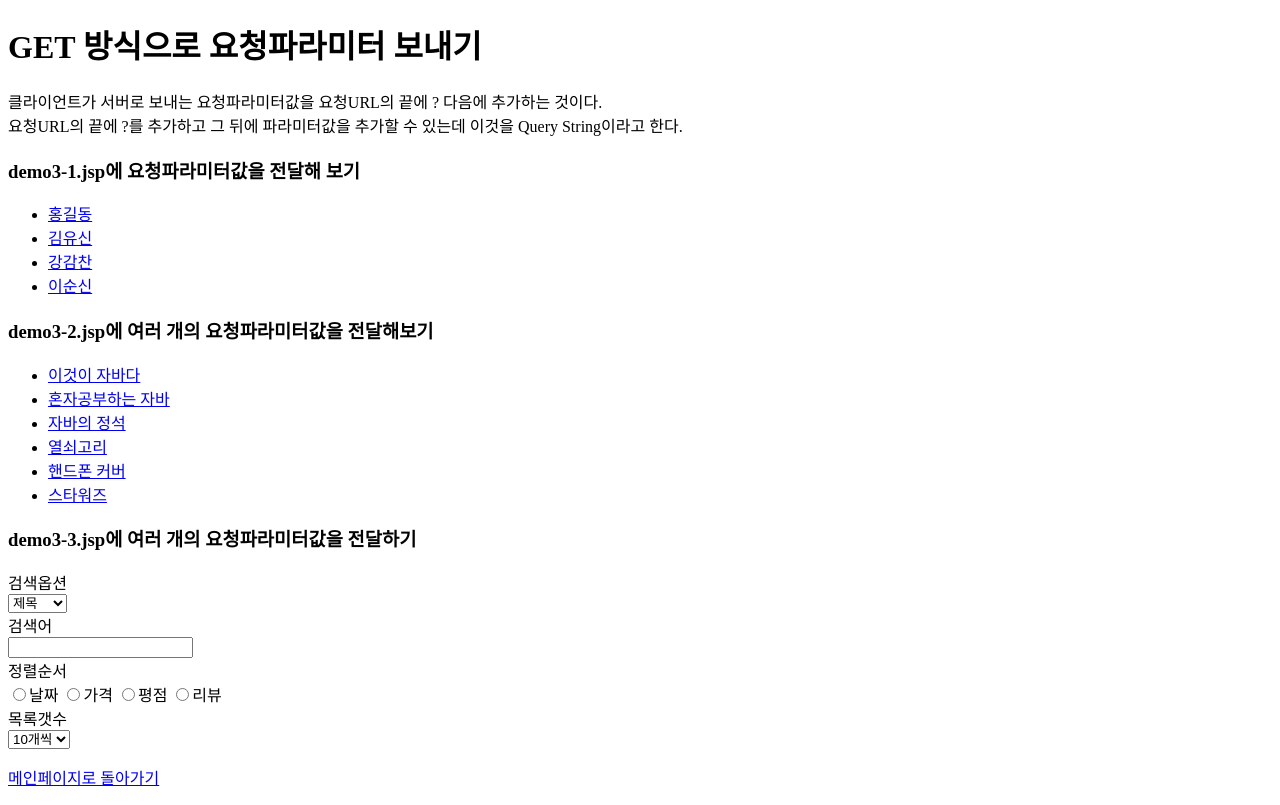
Repository: onuo77/ja_HTA
Page: http://localhost/sample/req/demo3.jsp
These files come from the project's save history. The page is drawn as it stood at one moment and after the next save; the edit follows.
The browser window is 1280 px wide. The pictures show the whole page.
The page is served by Tomcat 9. Other server files are loaded and not shown.

Above is the page before, as saved 2021-05-20 05:15:43.

### java-web/sample/src/main/webapp/req/demo3.jsp
<%@ page language="java" contentType="text/html; charset=UTF-8"
    pageEncoding="UTF-8"%>
<!DOCTYPE html>
<html>
<head>
<meta charset="UTF-8">
<title>GET 방식으로 요청 파라미터 전송하기</title>
</head>
<body>
	<h1>GET 방식으로 요청파라미터 보내기</h1>
	<p>
		클라이언트가 서버로 보내는 요청파라미터값을 요청URL의 끝에 ? 다음에 추가하는 것이다.<br/>
		요청URL의 끝에 ?를 추가하고 그 뒤에 파라미터값을 추가할 수 있는데 이것을 Query String이라고 한다.
	</p>

	<h3>demo3-1.jsp에 요청파라미터값을 전달해 보기</h3>
	<ul>
		<li><a href="demo3-1.jsp?id=hong">홍길동</a></li>
		<li><a href="demo3-1.jsp?id=kim">김유신</a></li>
		<li><a href="demo3-1.jsp?id=kang">강감찬</a></li>
		<li><a href="demo3-1.jsp?id=lee">이순신</a></li>
	</ul>

	<h3>demo3-2.jsp에 여러 개의 요청파라미터값을 전달해보기</h3>
	<ul>
		<li><a href="demo3-2.jsp?category=book&no=1000">이것이 자바다</a></li>
		<li><a href="demo3-2.jsp?category=book&no=1011">혼자공부하는 자바</a></li>
		<li><a href="demo3-2.jsp?category=book&no=1024">자바의 정석</a></li>
		<li><a href="demo3-2.jsp?category=gift&no=2004">열쇠고리</a></li>
		<li><a href="demo3-2.jsp?category=gift&no=2101">핸드폰 커버</a></li>
		<li><a href="demo3-2.jsp?category=movie&no=4300">스타워즈</a></li>
	</ul>

	<h3>demo3-3.jsp에 여러 개의 요청파라미터값을 전달하기</h3>
	<form>
		검색옵션<br/>
		<select name="opt">
			<option value="title">제목</option>
			<option value="writer">저자</option>
			<option value="company">출판사</option>
			<option value="price">가격</option>
		</select><br/>
		검색어<br/>
		<input type="text" name="keyword"/><br/>
		정렬순서<br/>
		<input type="radio" name="order" value="date" />날짜
		<input type="radio" name="order" value="price" />가격
		<input type="radio" name="order" value="score" />평점
		<input type="radio" name="order" value="review" />리뷰 <br/>
		목록갯수<br/>
		<select name="rows">
			<option value="10">10개씩</option>
			<option value="20">20개씩</option>
			<option value="50">50개씩</option>
		</select>
	</form>

	<p><a href="main.jsp">메인페이지로 돌아가기</a></p>
</body>
</html>

After the next save:
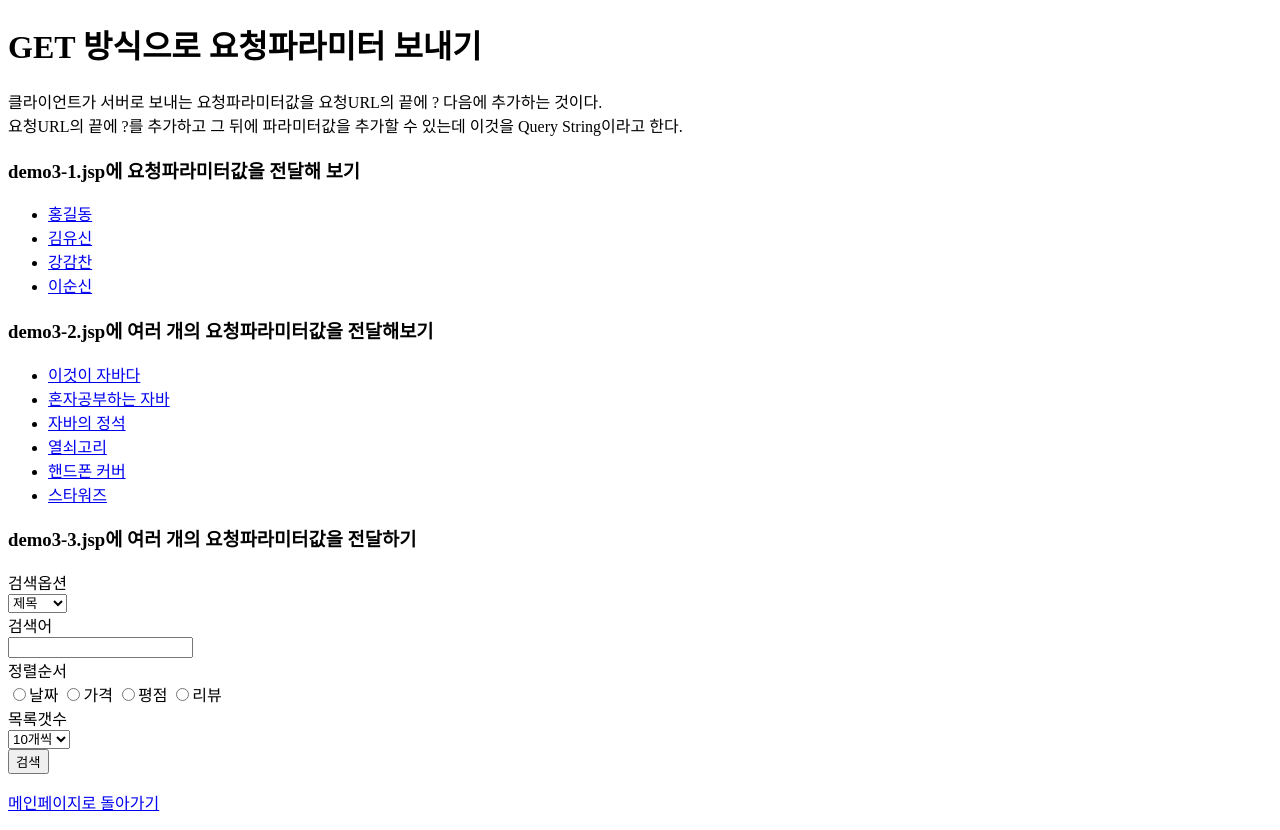
Saved 19 s later.
--- a/java-web/sample/src/main/webapp/req/demo3.jsp
+++ b/java-web/sample/src/main/webapp/req/demo3.jsp
@@ -52,7 +52,8 @@
 			<option value="10">10개씩</option>
 			<option value="20">20개씩</option>
 			<option value="50">50개씩</option>
-		</select>
+		</select><br/>
+		<button type="submit">검색</button>
 	</form>
 
 	<p><a href="main.jsp">메인페이지로 돌아가기</a></p>
